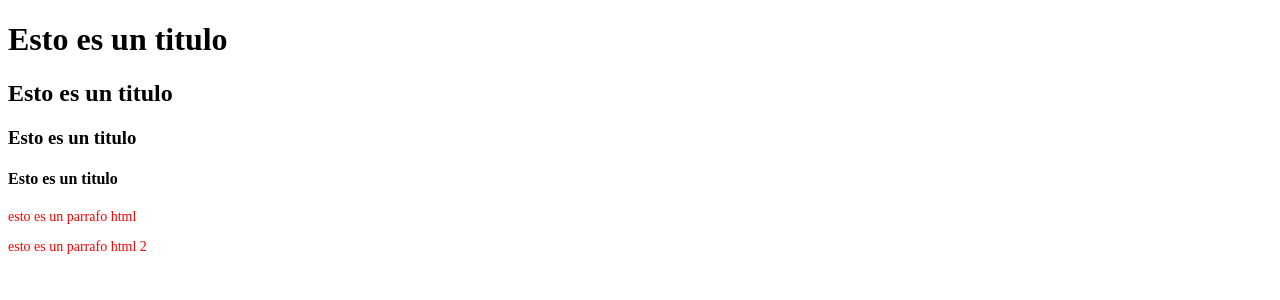
Repository: gazagal/workspace
Page: login-web-app/src/main/webapp/index.html
These files come from the project's save history. The page is drawn as it stood at one moment and after the next save; the edit follows.
The browser window is 1280 px wide. The pictures show the whole page.

Above is the page before, as saved 2016-06-20 16:35:17.

After the next save:
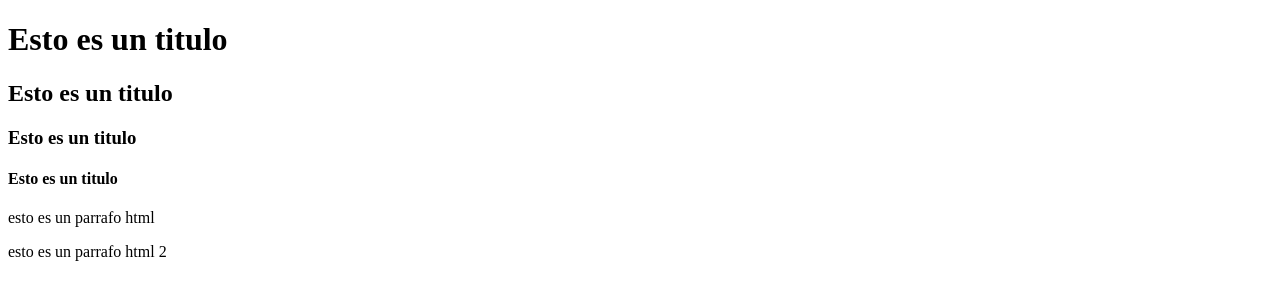
Saved 2 min 53 s later.
--- a/login-web-app/src/main/webapp/index.html
+++ b/login-web-app/src/main/webapp/index.html
@@ -4,7 +4,8 @@
 <meta charset="ISO-8859-1">
 <title>Pagina Inicial</title>
 <style type="text/css">
-	p{color:red; font-size: 14px;}
+	p.intro{color:gray; font-size: 14px;}
+	p.contenido{color:black; font-size: 18px;}
 </style>
 
 </head>
